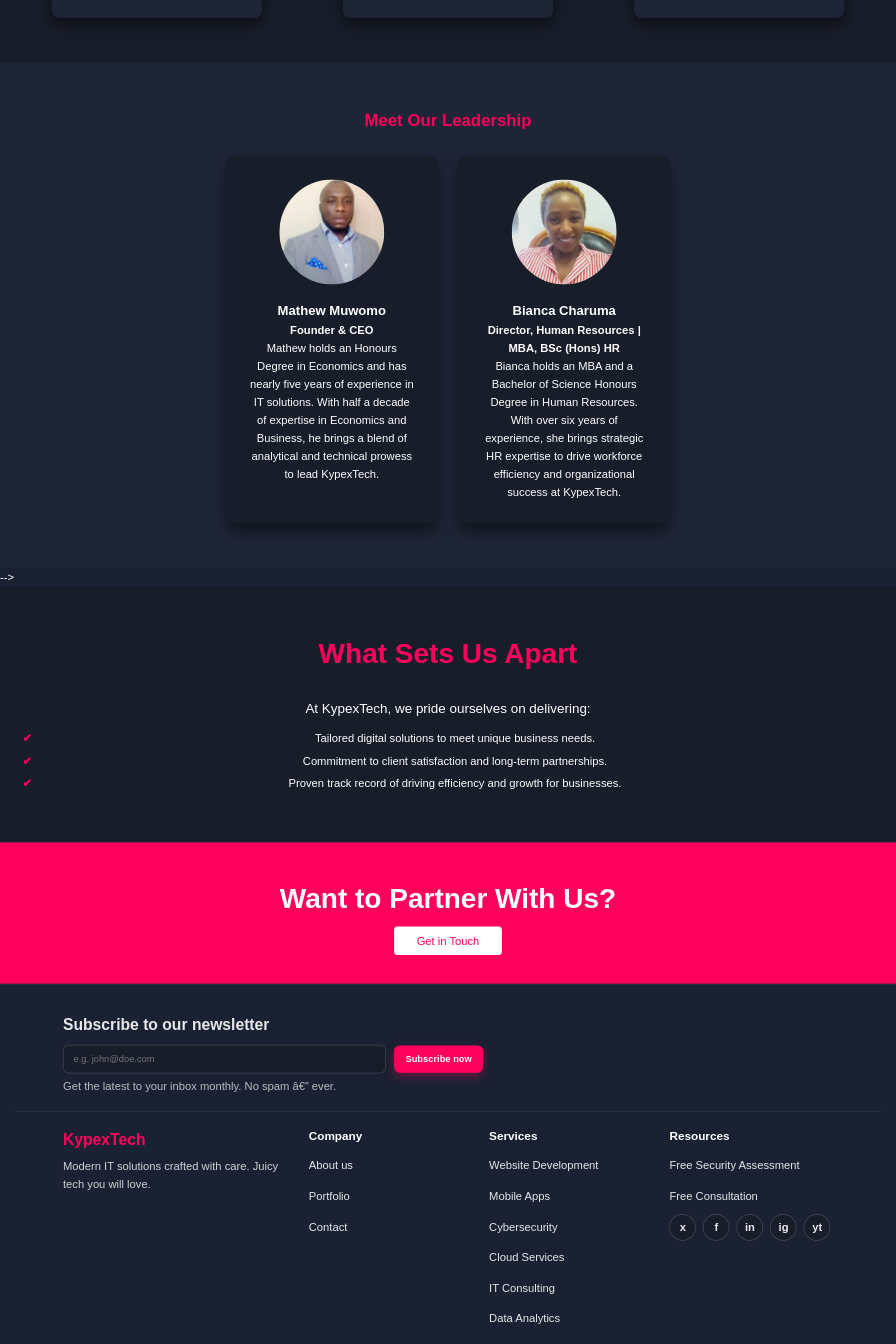
Repository: muwomotapiwa/KypexTechSolutions
Page: about.html
An editor plug-in stored every save of this project. The page is shown before and after a run of saves, followed by the edit.
The browser window is 1280 px wide. The pictures show the part of the page from y = 779 to 2699 px (the page is 2784 px tall before and 2446 px after), at 70% of full size.

Above is the page before, as saved 2025-09-03 22:57:35.

After the next 2 saves:
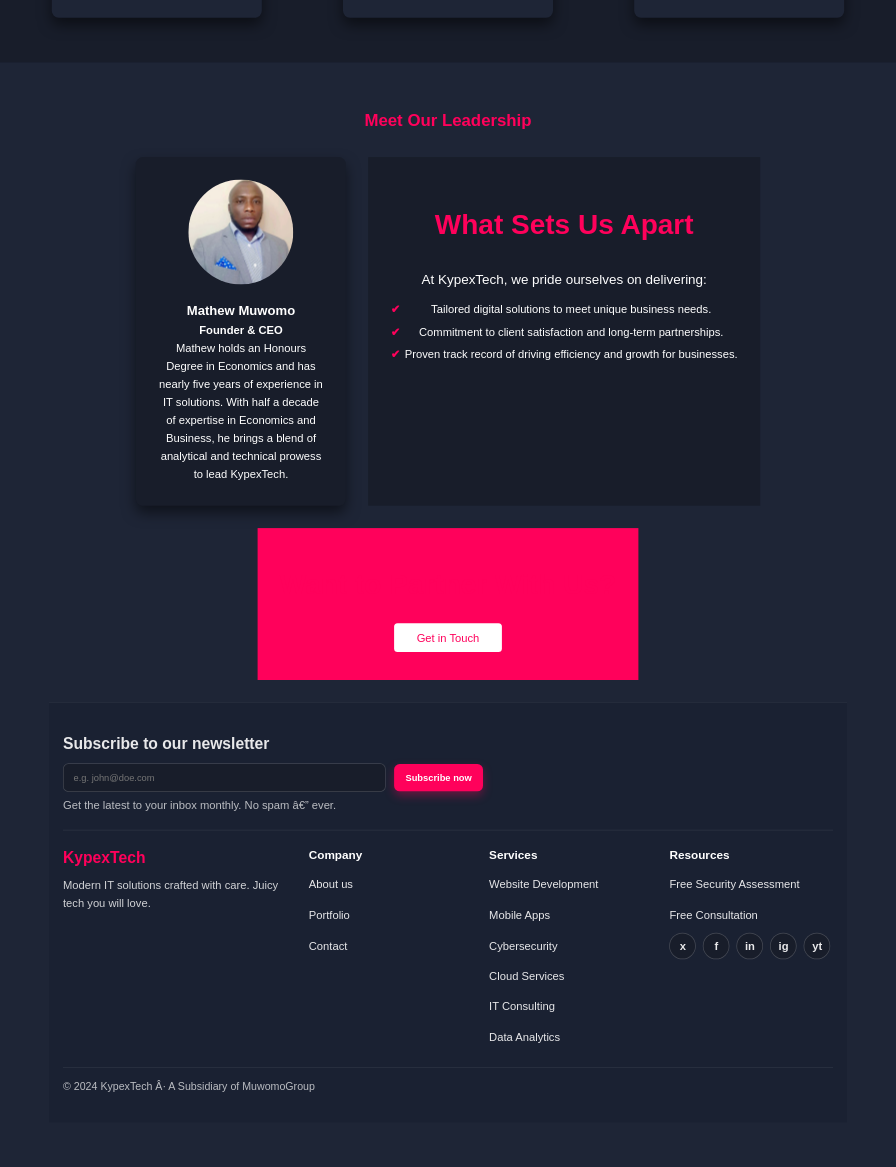
The 2 saves are shown as one change because they came seconds apart.
The last was saved 8 s later.
--- a/about.html
+++ b/about.html
@@ -79,7 +79,7 @@
                 </p>
             </div>
             <!-- Director -->
-            <div class="team-member">
+            <!--<div class="team-member">
                 <img src="assets/bianca.jpeg" alt="Bianca Muwomo">
                 <h3>Bianca Charuma</h3>
                 <p><strong>Director, Human Resources | MBA, BSc (Hons) HR</strong></p>
